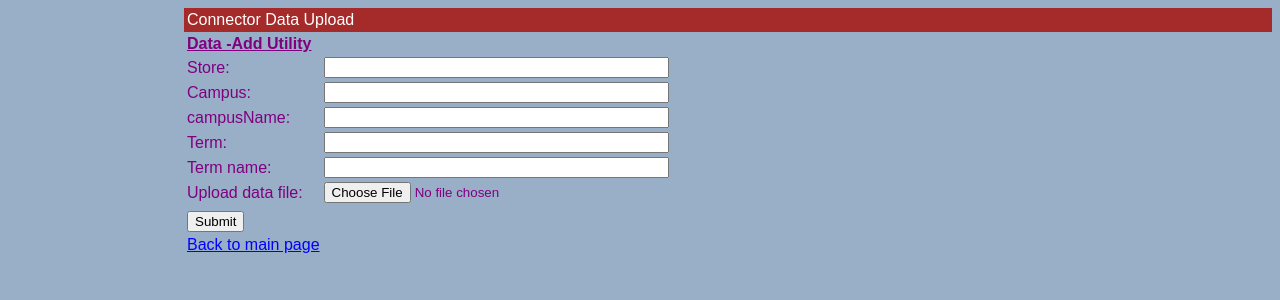
Repository: caditya/Dataupload
Page: http://localhost/connectordata/WEB-INF/views/datainput.jsp
The author's editor kept a copy of each file at every save. The page is drawn from the files as they stood at one save, then again after the next save.
The browser window is 1280 px wide. The pictures show the whole page.
Some web libraries are served in a nearby version. The page is served by Tomcat 9. Nobody is signed in. The template is opened directly, without the code that normally fills it, so the values that code supplies are empty.

Above is the page before, as saved 2014-07-18 21:40:57.

After the next save:
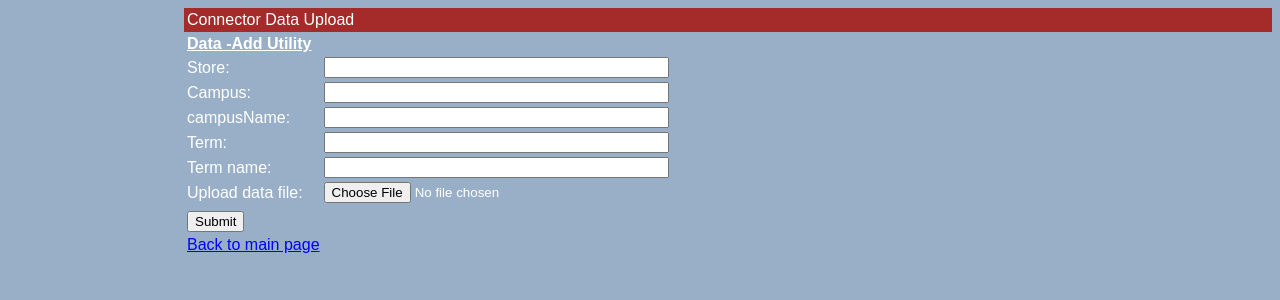
Saved 3 min 17 s later.
--- a/QAFileUpload/connectordata/src/main/webapp/resources/css/coffee.css
+++ b/QAFileUpload/connectordata/src/main/webapp/resources/css/coffee.css
@@ -3,7 +3,7 @@ body {
   padding-left: 11em;
   font-family: Georgia, "Times New Roman",
         Times, serif;
-  color: purple;
+  color: white;
   background-color: #98AFC7 }
 ul.navbar {
   list-style-type: none;
